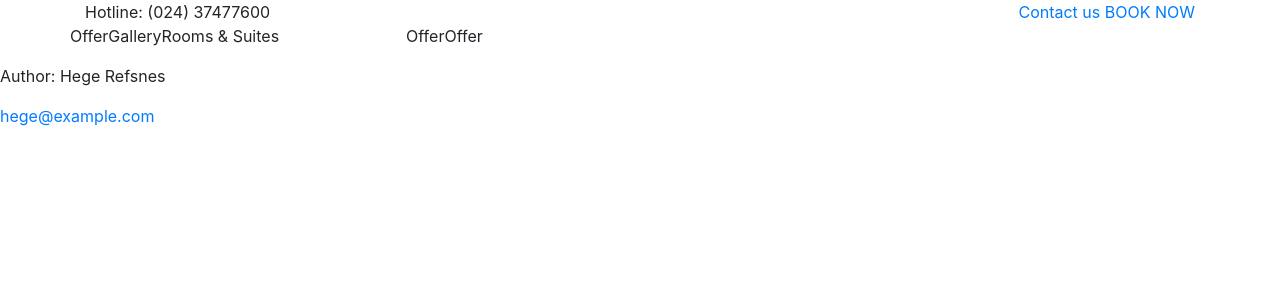
Repository: heishung/project-booking
Page: index.html
These files come from the project's save history. The page is drawn as it stood at one moment and after the next save; the edit follows.
The browser window is 1280 px wide. The pictures show the whole page.
The style sheet was rebuilt from its Sass, Less or Tailwind sources for each picture, by a compiler version that may differ from the author's.

Above is the page before, as saved 2020-11-19 23:12:05.
Console error (its wording comes from the project's code and is left out).

After the next save:
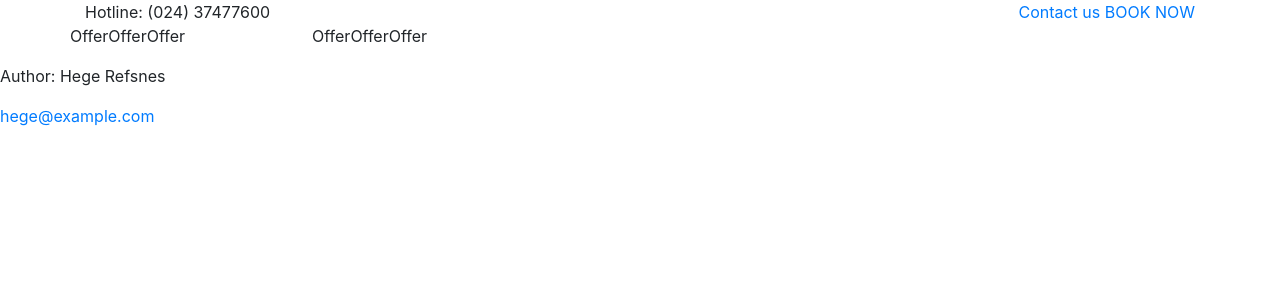
Saved 3 min 5 s later.
--- a/index.html
+++ b/index.html
@@ -20,12 +20,13 @@
         <div class="banner">
             <div class="menu ">
                 <ul class="nav container">
-                    <li>Offer</li>
-                    <li>Gallery</li>
-                    <li>Rooms & Suites</li>
-                    <li><img src="./image/logo.svg" alt="logo"></li>
-                    <li>Offer</li>
-                    <li>Offer</li>
+                    <li class="item"><a href="#"> </a>Offer</li>
+                    <li class="item"><a href="#"> </a>Offer</li>
+                    <li class="item"><a href="#"> </a>Offer</li>
+                    <li class="item"><a href="#"> </a> <img src="./image/logo.svg" alt="logo"></li>
+                    <li class="item"><a href="#"> </a>Offer</li>
+                    <li class="item"><a href="#"> </a>Offer</li>
+                    <li class="item"><a href="#"> </a>Offer</li>
                 </ul>
             </div>
         </div>
